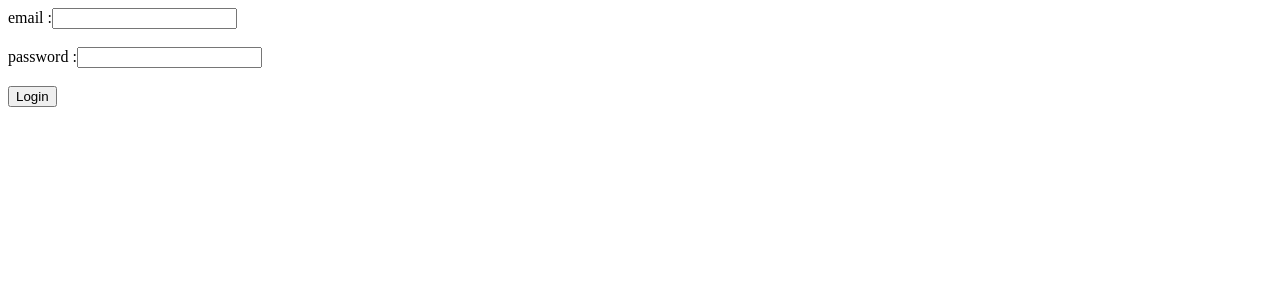
Repository: ScorpionHell7/ServletProjects
Page: http://localhost/Parameters/
The author's editor kept a copy of each file at every save. The page is drawn from the files as they stood at one save, then again after the next save.
The browser window is 1280 px wide. The pictures show the whole page.
The page is served by Tomcat 10. Other server files are loaded and not shown.

Above is the page before, as saved 2024-05-02 17:32:35.

### Servlet_workspace/Parameters/src/main/webapp/index.jsp
<%@ page language="java" contentType="text/html; charset=ISO-8859-1"
    pageEncoding="ISO-8859-1"%>
<!DOCTYPE html>
<html>
<head>
<meta charset="ISO-8859-1">
<title>Insert title here</title>
</head>
<body>
    <div>
        <form action="submit-form" method="post">
            email :<input type="email" name="email" id="">
            <br><br>
            password :<input type="password" name="password" id="">
            <br><br>
            <input type="submit" value="Login">
        </form>
        <a href="/session">
    </div>


</body>
</html>

After the next save:
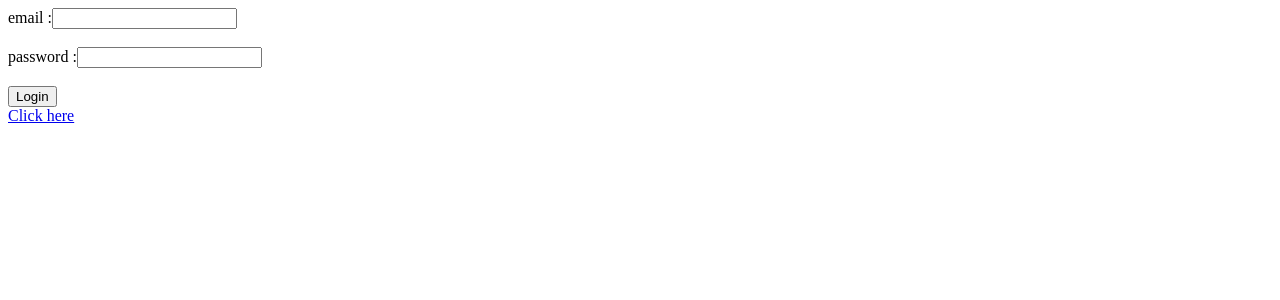
Saved 39 s later.
--- a/Servlet_workspace/Parameters/src/main/webapp/index.jsp
+++ b/Servlet_workspace/Parameters/src/main/webapp/index.jsp
@@ -15,7 +15,7 @@
             <br><br>
             <input type="submit" value="Login">
         </form>
-        <a href="/session">
+        <a href="/session">Click here</a>
     </div>
 
 
